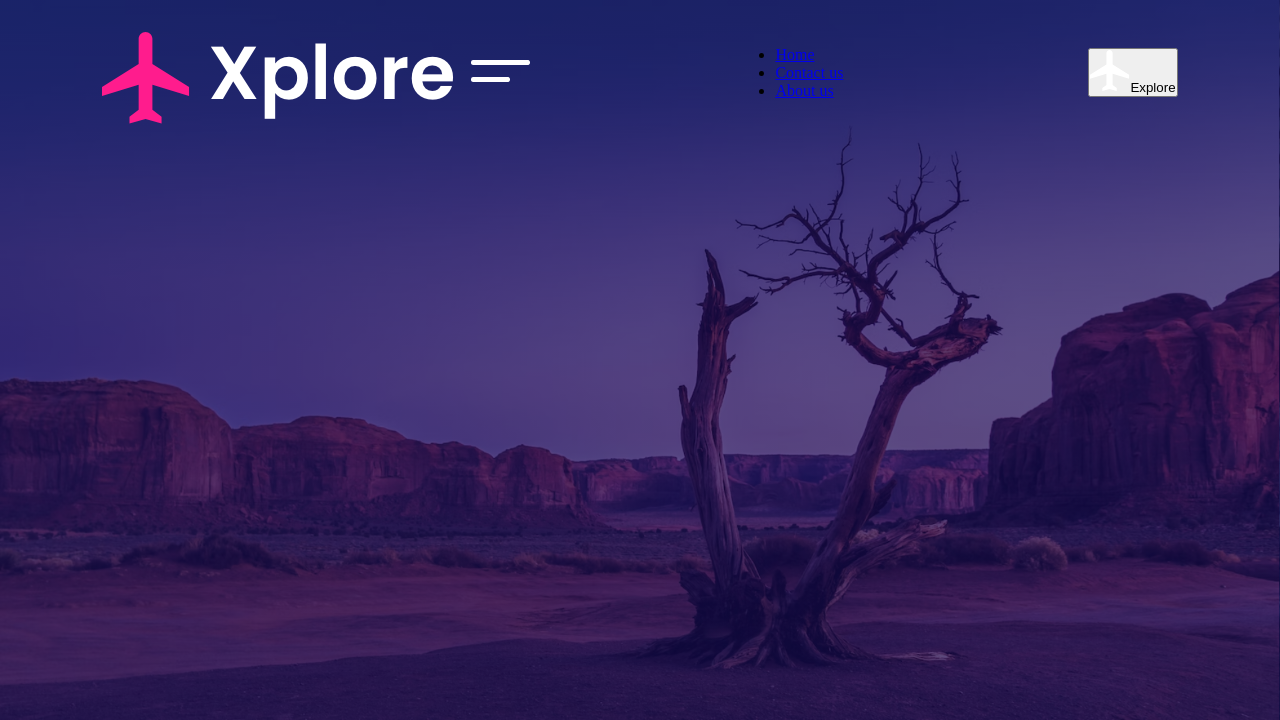
Repository: Aanchal26081/Task-2
Page: index.html
These files come from the project's save history. The page is drawn as it stood at one moment and after the next save; the edit follows.
The browser window is 1280 px wide. The pictures show the whole page.

Above is the page before, as saved 2024-06-03 09:51:17.

### index.html
<!DOCTYPE html>
<html lang="en">
<head>
    <meta charset="UTF-8">
    <meta name="viewport" content="width=device-width, initial-scale=1.0">
    <title>Document</title>
    <link rel="stylesheet" href="main.css">
</head>
<body>
    <div class="container">
        <nav>
            <img src="images/logo.png" class="logo">
            <ul>
                <li><a href="#">Home</a></li>
                <li><a href="#">Contact us</a></li>
                <li><a href="#">About us</a></li>
            </ul>
            <button class="btn"><img src="images/icon.png">Explore</button>
        </nav>
    </div>
</body>
</html>

### main.css
*{
    margin: 0;
    padding: 0;
    box-sizing: border-box;
}
.container{
    width: 100%;
    min-height: 100vh;
    background-image: linear-gradient(rgba(9,0,77,0.65),rgba(9,0,77,0.65)), url(images/background.png);
    background-size: cover;
    background-position: center;
    padding: 10px 8%;
}
nav{
    width: 100%;
    display: flex;
    align-items: center;
    justify-content: space-between;
    padding: 10px 0;
}

After the next save:
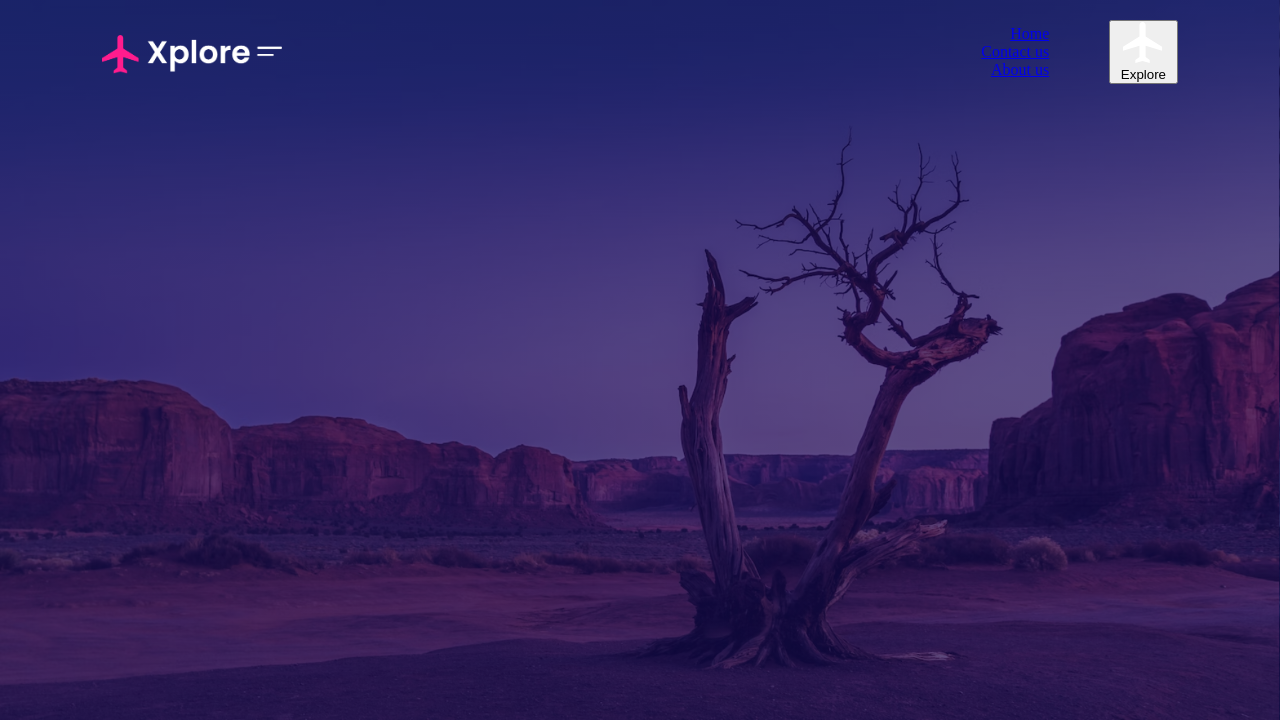
Saved 105 s later.
--- a/main.css
+++ b/main.css
@@ -18,3 +18,13 @@
     justify-content: space-between;
     padding: 10px 0;
 }
+.logo{
+    width: 180px;
+    cursor: pointer;
+}
+nav ul{
+    list-style: none;
+    width: 100%;
+    text-align: right;
+    padding-right: 60px;
+}
